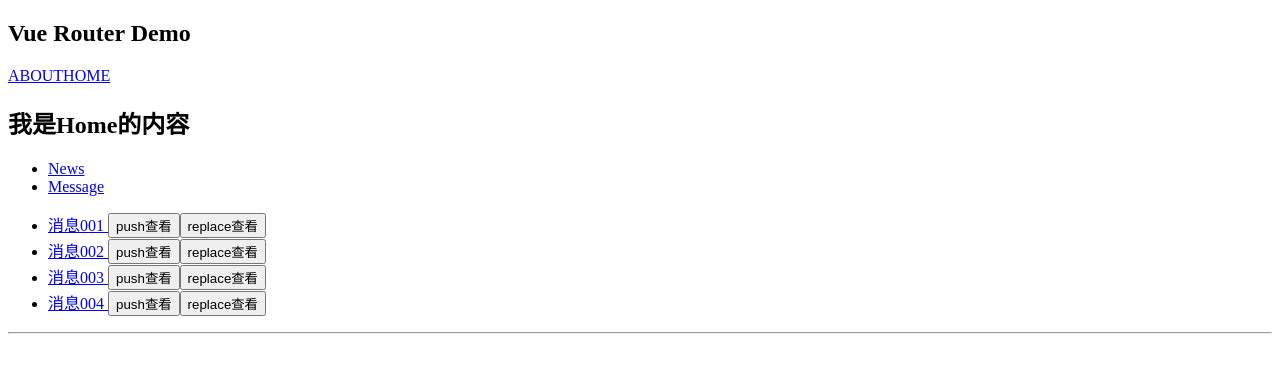
Repository: 13067902180/vue2.0study
Page: /#/home/message
These files come from the project's save history. The page is drawn as it stood at one moment and after the next save; the edit follows.
The browser window is 1280 px wide. The pictures show the whole page.
The project was rebuilt for these pictures with package versions that can differ from the ones it lists, and the page was loaded fresh each time. Also part of the build but not shown: vue.config.js, src/pages/About.vue, src/pages/News.vue, src/pages/Detail.vue.

Above is the page before, as saved 2023-03-07 10:52:52.

After the next save:
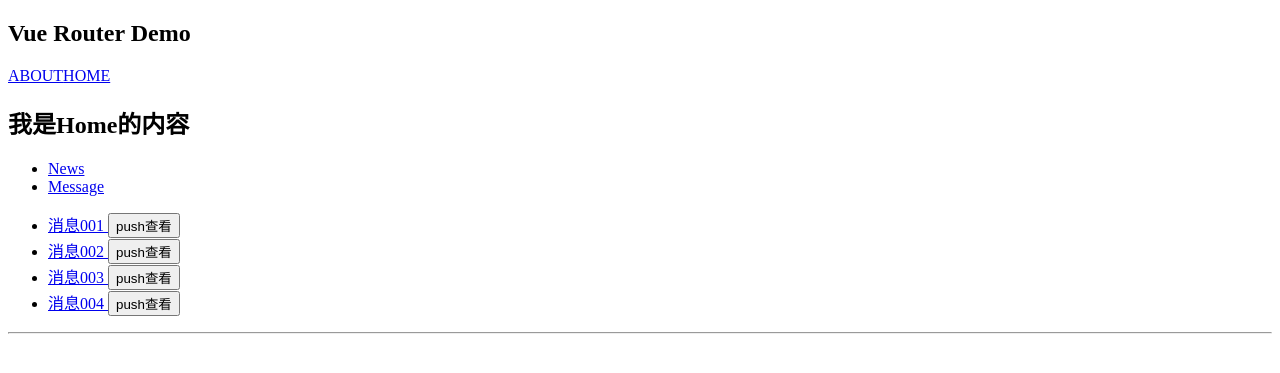
Saved 50 s later.
--- a/src/pages/Message.vue
+++ b/src/pages/Message.vue
@@ -19,7 +19,7 @@
           {{ m.title }}
         </router-link>
         <button @click="pushShow(m)">push查看</button>
-        <button @click="replaceShow">replace查看</button>
+        <!-- <button @click="replaceShow">replace查看</button><button @click="replaceShow">replace查看</button> -->
       </li>
     </ul>
     <hr />

After the save that followed:
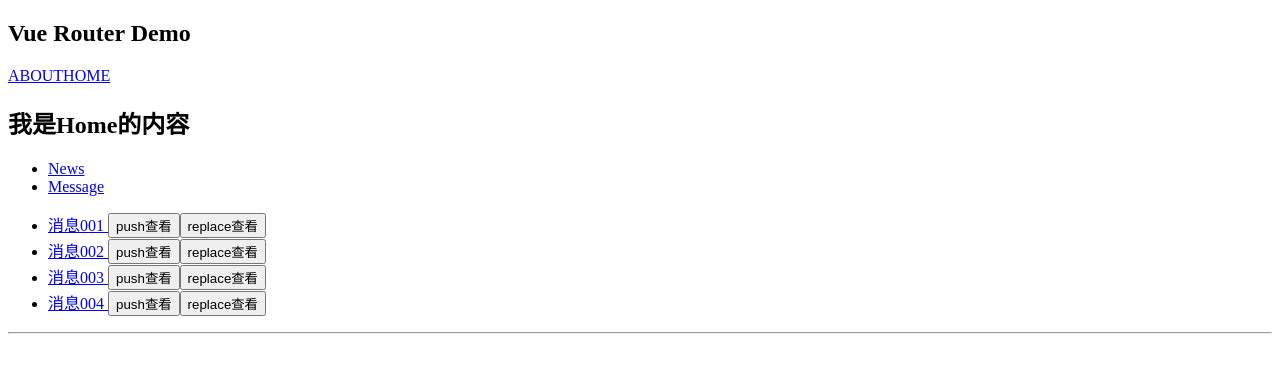
Saved 12 s later.
--- a/src/pages/Message.vue
+++ b/src/pages/Message.vue
@@ -19,7 +19,7 @@
           {{ m.title }}
         </router-link>
         <button @click="pushShow(m)">push查看</button>
-        <!-- <button @click="replaceShow">replace查看</button><button @click="replaceShow">replace查看</button> -->
+        <button @click="replaceShow">replace查看</button>
       </li>
     </ul>
     <hr />
